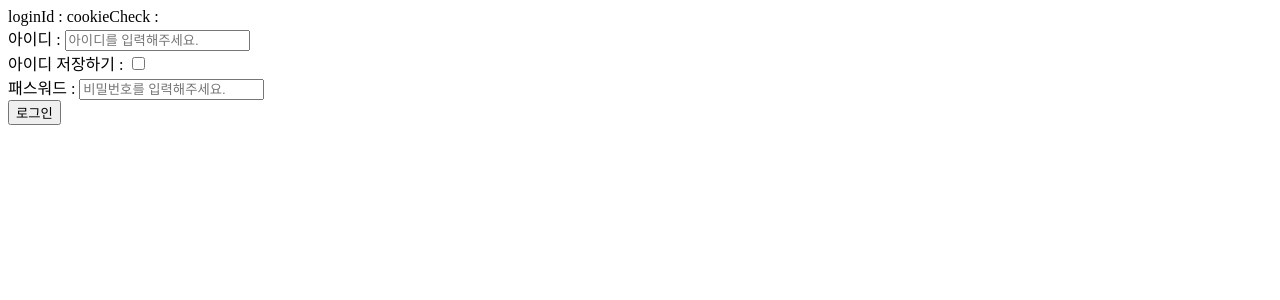
Repository: kimeuiyeob/KOPO_JSP_Study_2
Page: http://localhost/JspStudy/04Cookie/IdSaveMain.jsp
An editor plug-in stored every save of this project. The page is shown before and after the next save, followed by the edit.
The browser window is 1280 px wide. The pictures show the whole page.
The page is served by Tomcat 9.

Above is the page before, as saved 2023-06-19 07:20:38.

After the next save:
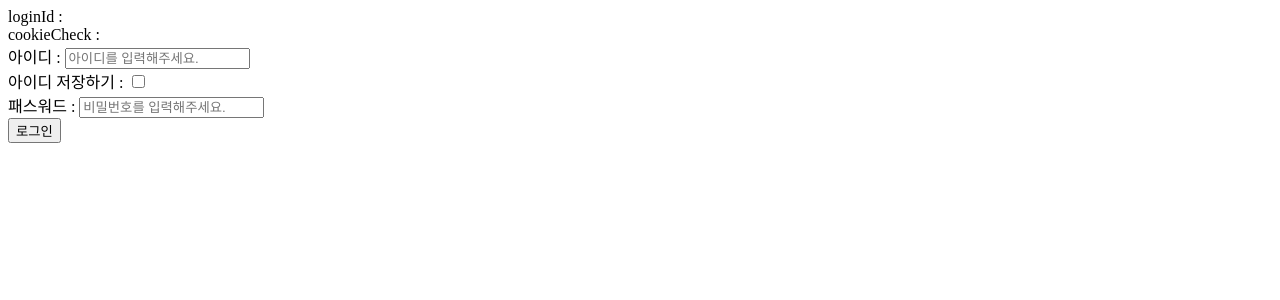
Saved 12 s later.
--- a/JspStudy/src/main/webapp/04Cookie/IdSaveMain.jsp
+++ b/JspStudy/src/main/webapp/04Cookie/IdSaveMain.jsp
@@ -16,7 +16,7 @@
 		cookieCheck = "checked";
 	}
 
-	out.print("loginId : " + loginId);
+	out.print("loginId : " + loginId + "<br>");
 	out.print("cookieCheck : " + cookieCheck);
 	%>
 
